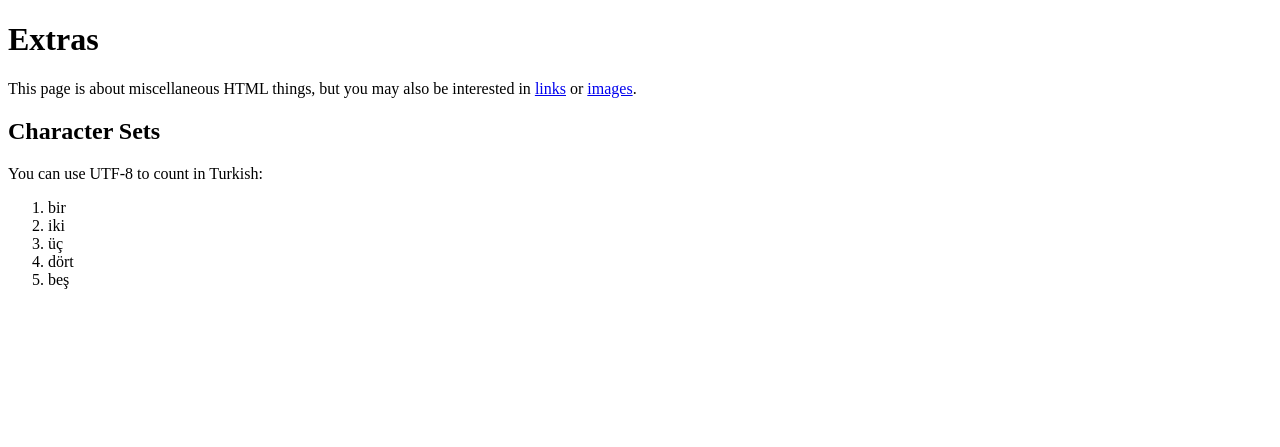
Repository: devinsheldon/CS-260
Page: CS260-F2022/environment/public_html/links-and-images/misc/extras.html
The author's editor kept a record of every edit. The page is drawn from the files as they stood at one moment, then again after the next edit.
The browser window is 1280 px wide. The pictures show the whole page.

Above is the page before.

After the next edit:
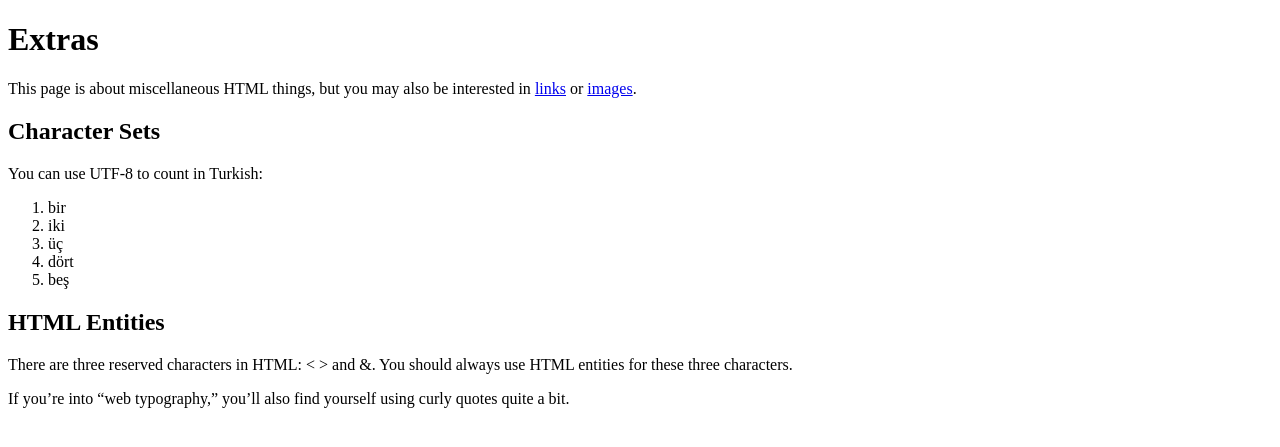
The edit:
--- a/CS260-F2022/environment/public_html/links-and-images/misc/extras.html
+++ b/CS260-F2022/environment/public_html/links-and-images/misc/extras.html
@@ -21,5 +21,12 @@
         <li>beş</li>
       </ol>
 
+      <h2>HTML Entities</h2>
+      <p>There are three reserved characters in HTML: &lt; &gt; and &amp;. You
+         should always use HTML entities for these three characters.</p>
+
+      <p>If you&rsquo;re into &ldquo;web typography,&rdquo; you&rsquo;ll also find
+         yourself using curly quotes quite a bit.</p>
+
   </body>
 </html>
